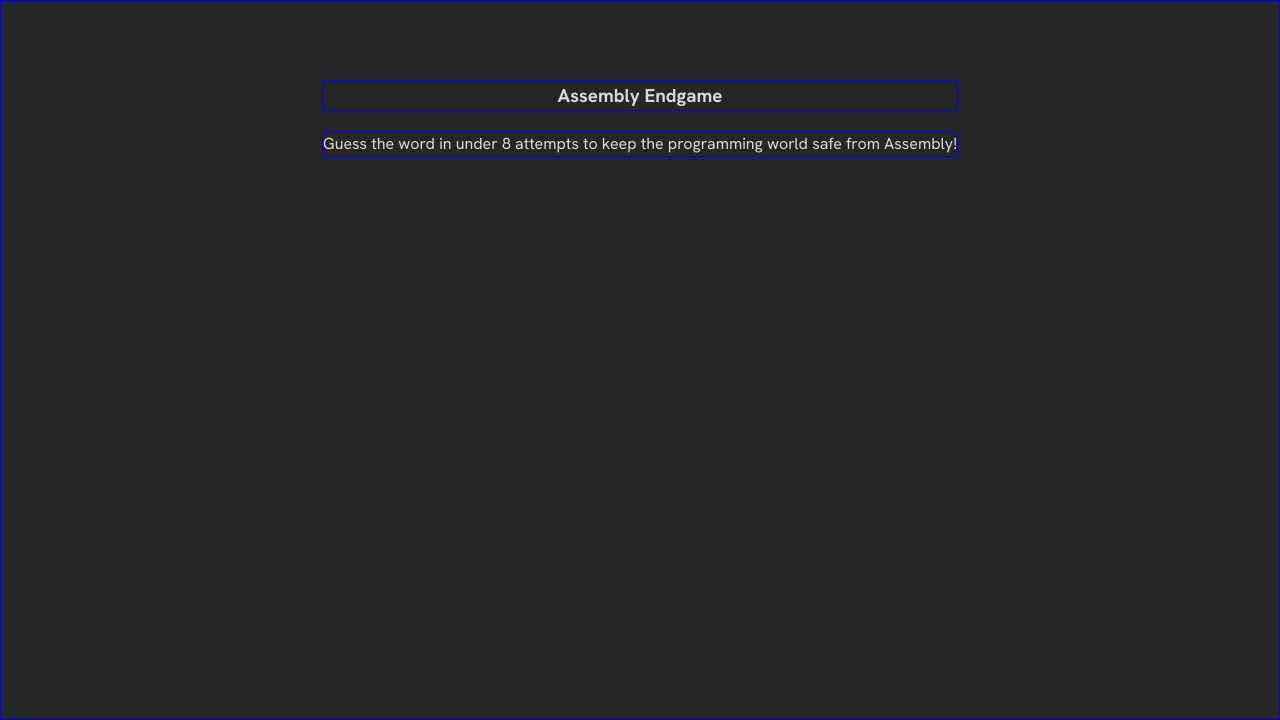
Repository: AchrafAzzaoui/AssemblyEndgame
Page: / (app in assembly-endgame/)
The author's editor kept a copy of each file at every save. The page is drawn from the files as they stood at one save, then again after the next save.
The browser window is 1280 px wide. The pictures show the whole page.
The project was rebuilt for these pictures with package versions that can differ from the ones it lists, and the page was loaded fresh each time. Also part of the build but not shown: assembly-endgame/vite.config.js.

Above is the page before, as saved 2024-12-24 19:28:39.

After the next save:
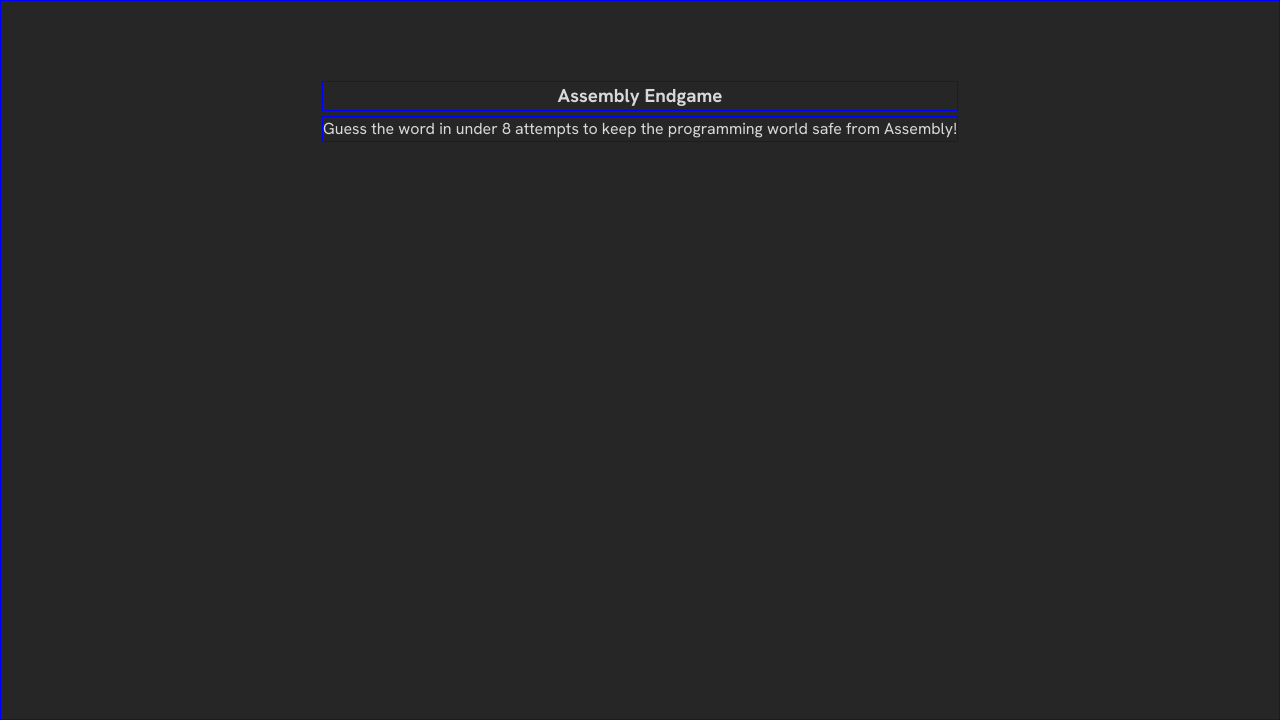
Saved 7 s later.
--- a/assembly-endgame/src/index.css
+++ b/assembly-endgame/src/index.css
@@ -21,5 +21,5 @@
   line-height: 1.5;
 }
 .game-description {
-  margin-top: 20px;
+  margin-top: 5px;
 }
